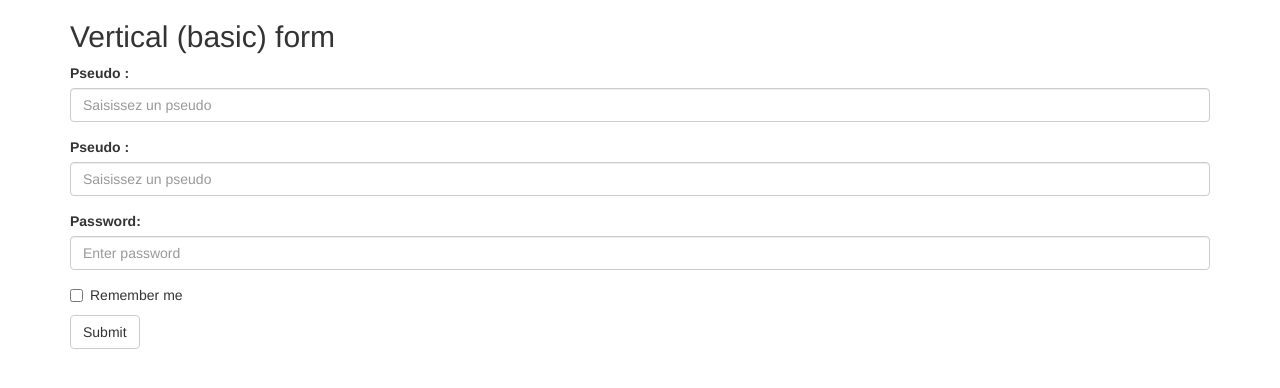
Repository: lemzoo/formation_Java8
Page: EspaceMembre/srcHTML/formulaireInscriptionBasique.html
An editor plug-in stored every save of this project. The page is shown before and after the next save, followed by the edit.
The browser window is 1280 px wide. The pictures show the whole page.

Above is the page before, as saved 2016-06-10 10:40:19.

### EspaceMembre/srcHTML/formulaireInscriptionBasique.html
<!DOCTYPE html>
<html lang="en">
<head>
  <title>Formulaire Inscription</title>
  <meta charset="utf-8">
  <meta name="viewport" content="width=device-width, initial-scale=1">
  <link rel="stylesheet" href="http://maxcdn.bootstrapcdn.com/bootstrap/3.3.6/css/bootstrap.min.css">
  <script src="https://ajax.googleapis.com/ajax/libs/jquery/1.12.2/jquery.min.js"></script>
  <script src="http://maxcdn.bootstrapcdn.com/bootstrap/3.3.6/js/bootstrap.min.js"></script>
</head>
<body>

<div class="container">
  <h2>Vertical (basic) form</h2>
  <form role="form" method="POST" action="../srcPHP/ajouterMembre.php">
    <div class="form-group">
      <label for="pseudoSaisi">Pseudo :</label>
      <input type="pseudo" class="form-control" name="pseudoSaisi" placeholder="Saisissez un pseudo">
    </div>

    <div class="form-group">
      <label for="passwordSaisi">Pseudo :</label>
      <input type="password" class="form-control" name="pseudo" placeholder="Saisissez un pseudo">
    </div>

    <div class="form-group">
      <label for="pwd">Password:</label>
      <input type="password" class="form-control" id="pwd" placeholder="Enter password">
    </div>
    <div class="checkbox">
      <label><input type="checkbox"> Remember me</label>
    </div>
    <button type="submit" class="btn btn-default">Submit</button>
  </form>
</div>

</body>
</html>

After the next save:
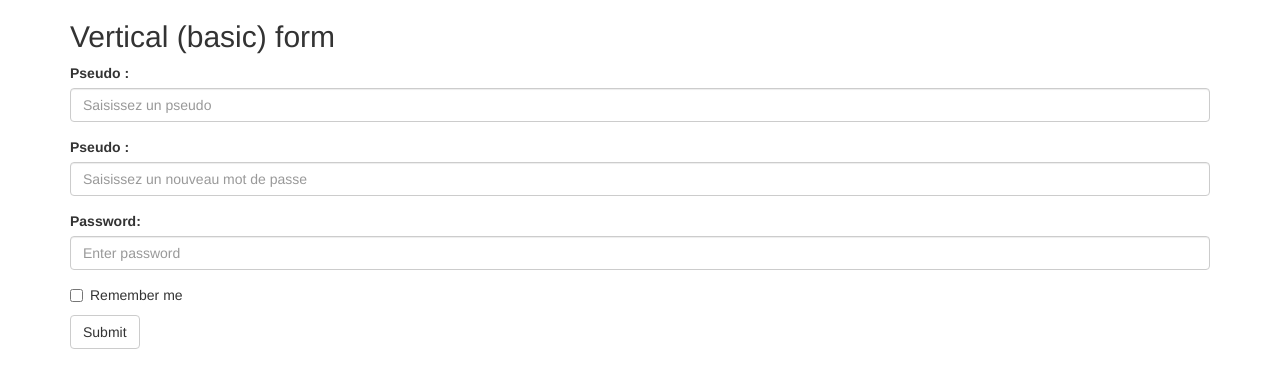
Saved 21 s later.
--- a/EspaceMembre/srcHTML/formulaireInscriptionBasique.html
+++ b/EspaceMembre/srcHTML/formulaireInscriptionBasique.html
@@ -20,7 +20,7 @@
 
     <div class="form-group">
       <label for="passwordSaisi">Pseudo :</label>
-      <input type="password" class="form-control" name="pseudo" placeholder="Saisissez un pseudo">
+      <input type="password" class="form-control" name="passwordSaisi" placeholder="Saisissez un nouveau mot de passe">
     </div>
 
     <div class="form-group">
